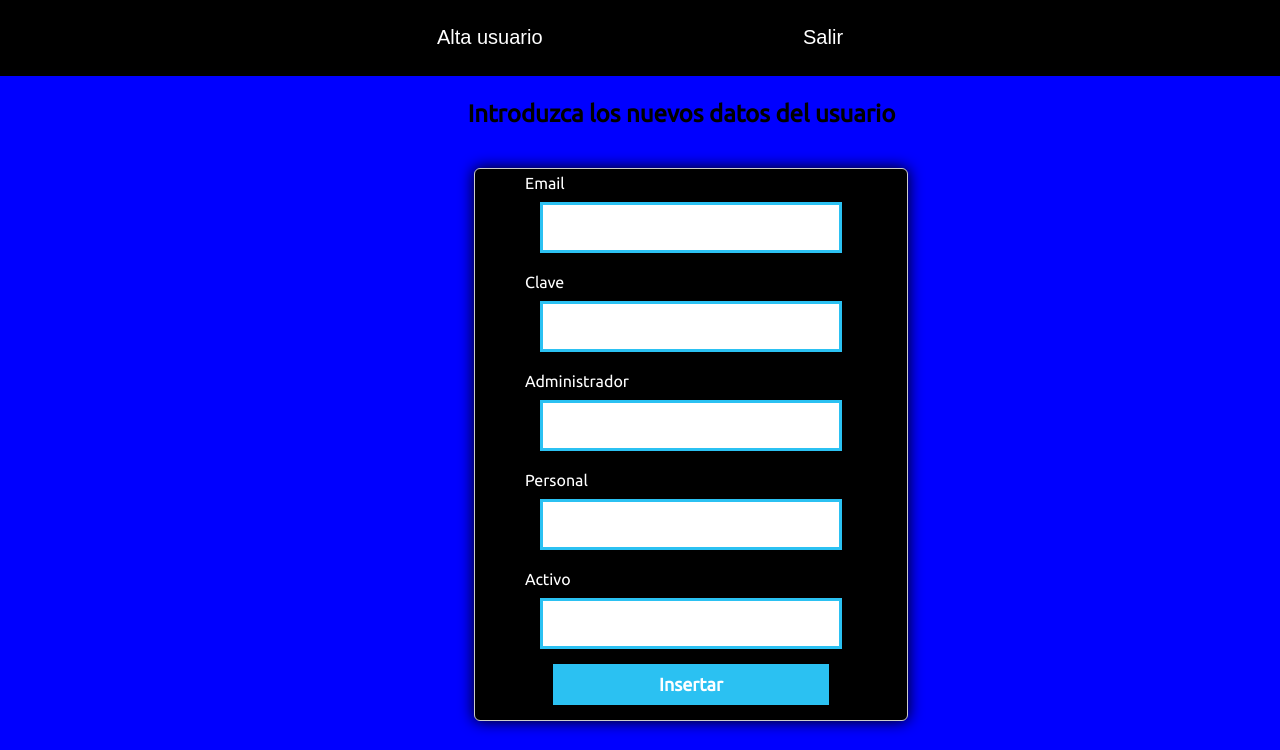
Repository: Mariangeles94/practica_gestion_usuarios
Page: http://localhost/Gestion/administrador/viewinsert.php
The author's editor kept a record of every edit. The page is drawn from the files as they stood at one moment, then again after the next edit.
The browser window is 1280 px wide. The pictures show the whole page.
The page is run by PHP 8.4 with error messages shown; the project is at /var/www/html/.

Above is the page before.

After the next edit:
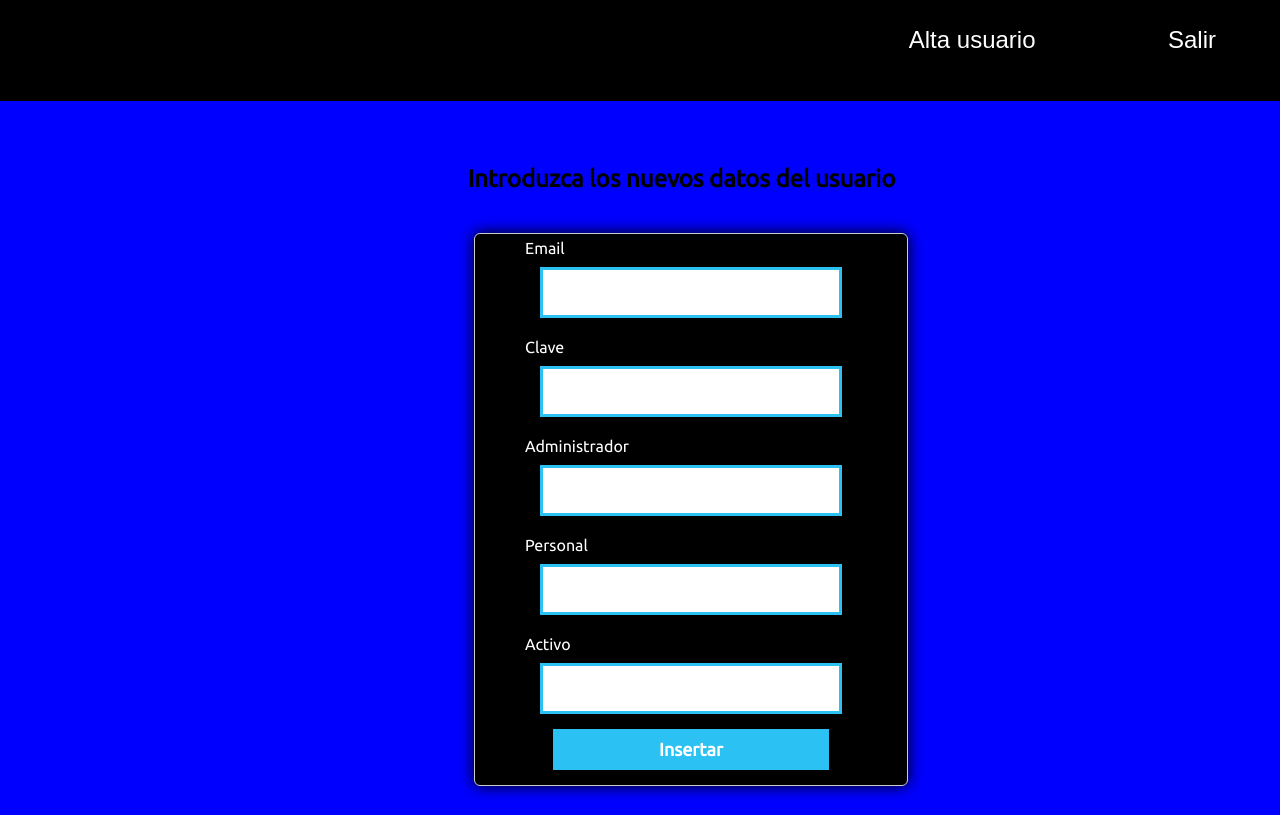
The edit:
--- a/css/style2.css
+++ b/css/style2.css
@@ -9,16 +9,18 @@
     width: 100%;
     background-color: black;
     height: 50px;
-    text-align: center;
+    margin-bottom:5%;
+    text-align: right;
     padding-top: 2%;
+    padding-bottom:2%;
 }
 header nav a{
     text-decoration: none;
     color: white;
-    width: 10%;
-    padding: 10%;
+    width: 5%;
+    padding: 5%;
     margin-top: 5%;
-    font-size: 1.25em;
+    font-size: 1.5em;
 }
 .enlaceInsertar{
     text-decoration: none;
